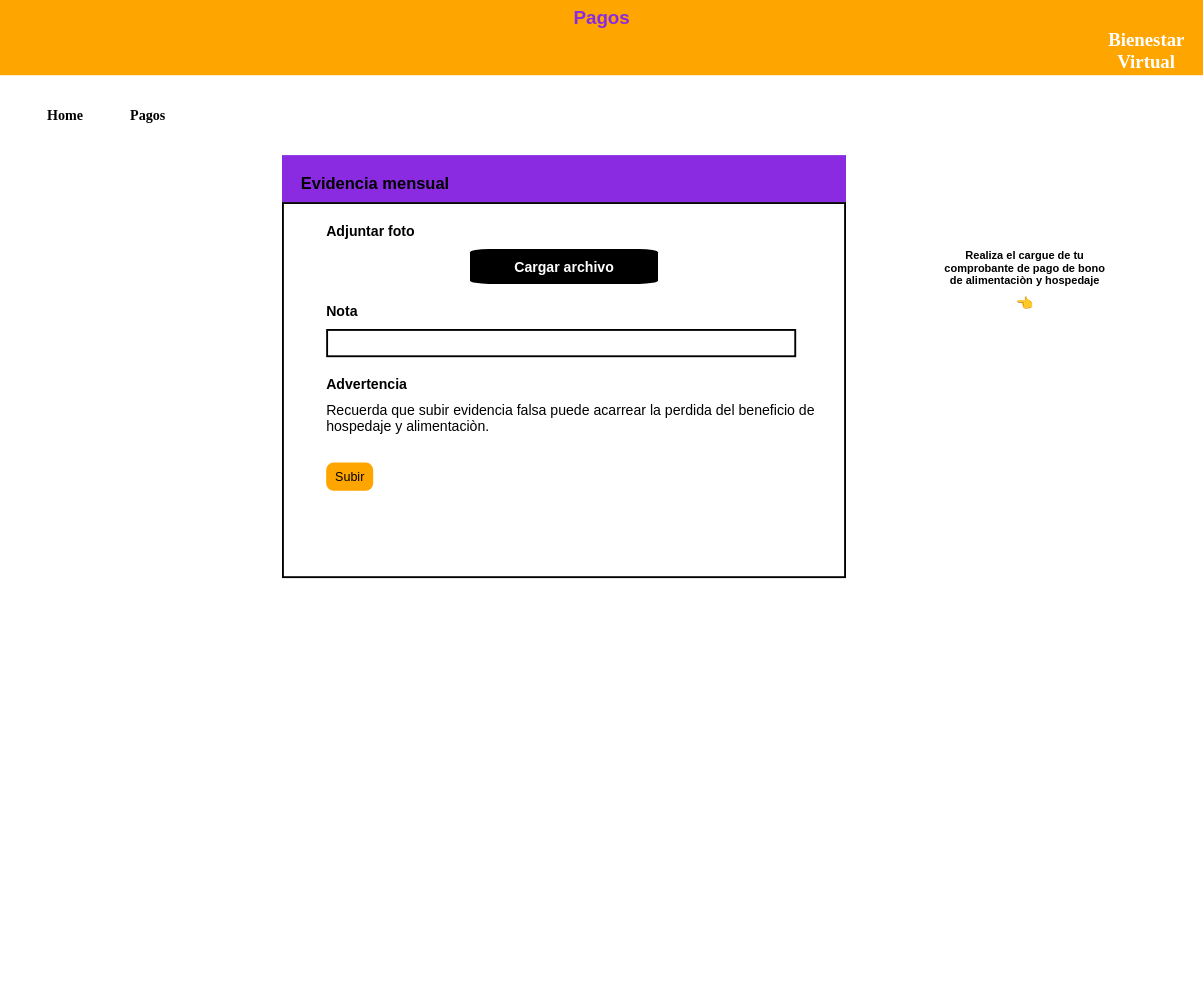
Repository: Diani123/Mis-actividades
Page: softwarebienestarinstitucional/pagos.html
The author's editor kept a copy of each file at every save. The page is drawn from the files as they stood at one save, then again after a run of saves.
The browser window is 1280 px wide. The pictures show the whole page, at 94% of full size.

Above is the page before, as saved 2023-02-12 20:39:34.

After the next 4 saves:
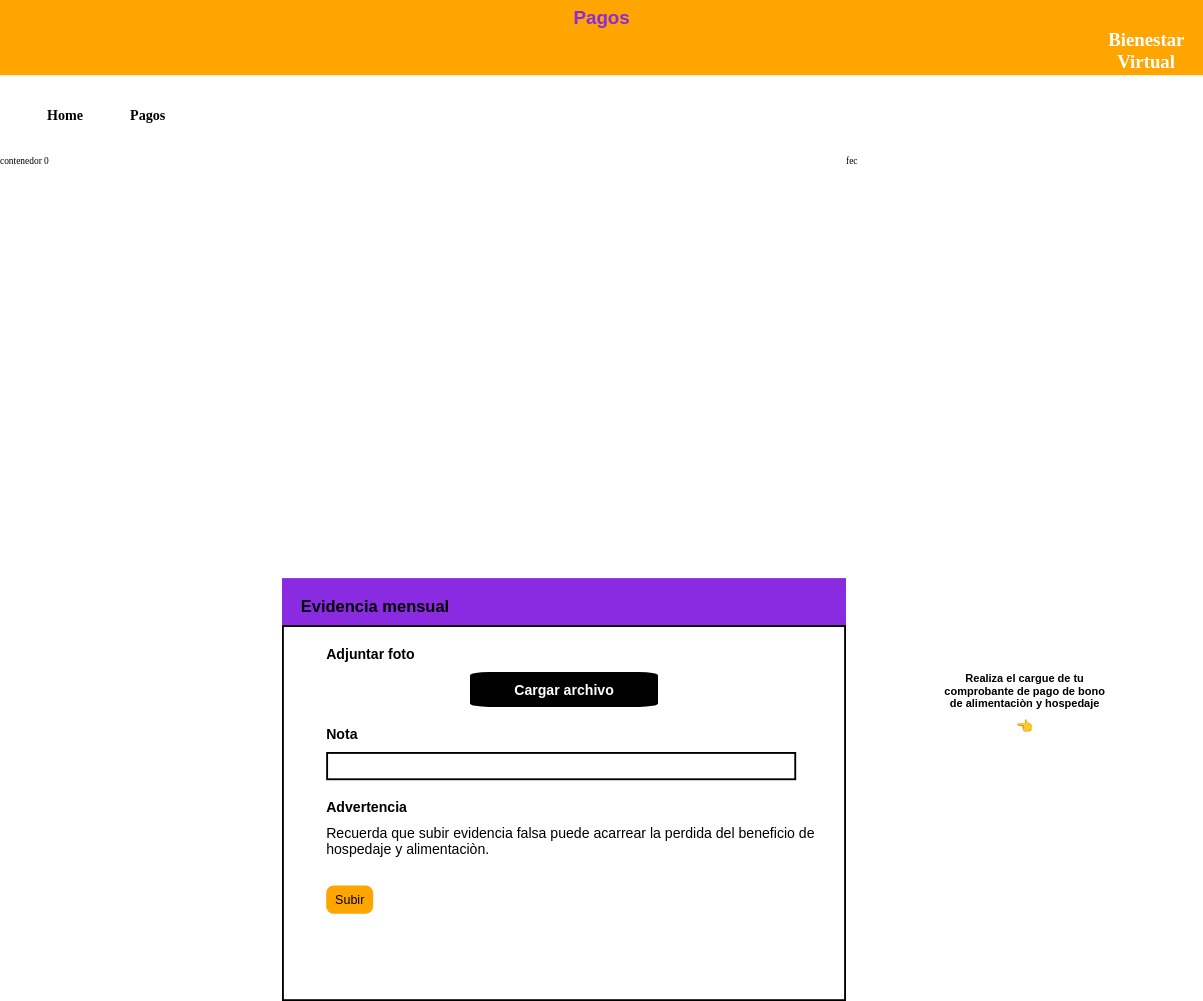
The 4 saves are shown as one change because they came seconds apart.
The last was saved 12 s later.
--- a/softwarebienestarinstitucional/pagos.html
+++ b/softwarebienestarinstitucional/pagos.html
@@ -20,7 +20,8 @@
       <a href="./pagos.html" class="item"><h2 class="item-title">Pagos</h2></a>
     </div>
     <div class="ContainerT">
-
+      <div>contenedor 0</div>
+      fec
       <div class="contenedor1">
       <div class="ContainerTitle">
         <h3 class="title4">Evidencia mensual</h3>
